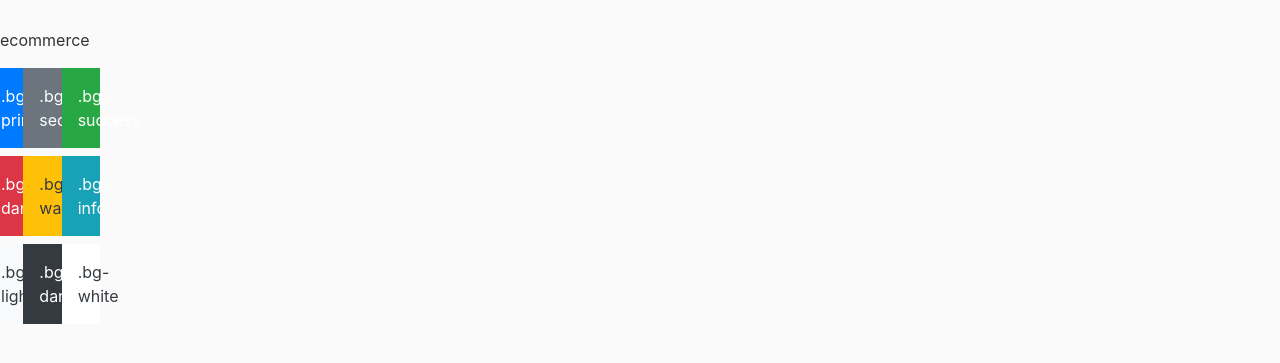
Repository: khanhdk0000/first_proj
Page: http://localhost/about?my_var=ecommerce
An editor plug-in stored every save of this project. The page is shown before and after the next save, followed by the edit.
The browser window is 1280 px wide. The pictures show the whole page.
Some web libraries are served in a nearby version. The page is served by the project's application, run on Flask 3 (flaskblog.py).

Above is the page before, as saved 2021-05-25 11:52:47.

### templates/about.html
{% extends "layout.html" %} {% block content %}
<div class="flex-center">
<div>
<p>{{ var}}</p>
<div class="row">
    <div class="col-2 p-3 mb-2 bg-primary text-white">.bg-primary</div>
    <div class="col-2 p-3 mb-2 bg-secondary text-white">.bg-secondary</div>
    <div class="col-2 p-3 mb-2 bg-success text-white">.bg-success</div>
</div>

<div class="row">
    <div class="col-2 p-3 mb-2 bg-danger text-white">.bg-danger</div>
    <div class="col-2 p-3 mb-2 bg-warning text-dark">.bg-warning</div>
    <div class="col-2 p-3 mb-2 bg-info text-white">.bg-info</div>
</div>

<div class="row">
    <div class="col-2 p-3 mb-2 bg-light text-dark">.bg-light</div>
    <div class="col-2 p-3 mb-2 bg-dark text-white">.bg-dark</div>
    <div class="col-2 p-3 mb-2 bg-white text-dark">.bg-white</div>
</div>
</div>
</div>

{% endblock content %}

### templates/layout.html
<!DOCTYPE html>
<html>
  <head>
    <!-- Required meta tags -->
    <meta charset="utf-8" />
    <meta
      name="viewport"
      content="width=device-width, initial-scale=1, shrink-to-fit=no"
    />

    <!-- Bootstrap CSS -->
    <link
      rel="stylesheet"
      href="https://maxcdn.bootstrapcdn.com/bootstrap/4.0.0/css/bootstrap.min.css"
      integrity="sha384-Gn5384xqQ1aoWXA+058RXPxPg6fy4IWvTNh0E263XmFcJlSAwiGgFAW/dAiS6JXm"
      crossorigin="anonymous"
    />

    <link
      rel="stylesheet"
      type="text/css"
      href="{{ url_for('static', filename='main.css') }}"
    />

    {% if title %}
    <title>Flask Blog - {{ title }}</title>
    {% else %}
    <title>Flask Blog</title>
    {% endif %}
  </head>
  <body>
    {% block content %}{% endblock %}

    <!-- Optional JavaScript -->
    <!-- jQuery first, then Popper.js, then Bootstrap JS -->
    <script
      src="https://code.jquery.com/jquery-3.2.1.slim.min.js"
      integrity="sha384-KJ3o2DKtIkvYIK3UENzmM7KCkRr/rE9/Qpg6aAZGJwFDMVNA/GpGFF93hXpG5KkN"
      crossorigin="anonymous"
    ></script>
    <script
      src="https://cdnjs.cloudflare.com/ajax/libs/popper.js/1.12.9/umd/popper.min.js"
      integrity="sha384-ApNbgh9B+Y1QKtv3Rn7W3mgPxhU9K/ScQsAP7hUibX39j7fakFPskvXusvfa0b4Q"
      crossorigin="anonymous"
    ></script>
    <script
      src="https://maxcdn.bootstrapcdn.com/bootstrap/4.0.0/js/bootstrap.min.js"
      integrity="sha384-JZR6Spejh4U02d8jOt6vLEHfe/JQGiRRSQQxSfFWpi1MquVdAyjUar5+76PVCmYl"
      crossorigin="anonymous"
    ></script>
    <!-- MDB -->
    <script
      type="text/javascript"
      src="https://cdnjs.cloudflare.com/ajax/libs/mdb-ui-kit/3.5.0/mdb.min.js"
    ></script>
  </body>
</html>

### flaskblog.py
from flask import Flask, render_template, url_for, request
app = Flask(__name__)


posts = [
    {
        'author': 'Corey Schafer',
        'title': 'Blog Post 1',
        'content': 'First post content',
        'date_posted': 'April 20, 2018'
    },
    {
        'author': 'Jane Doe',
        'title': 'Blog Post 2',
        'content': 'Second post content',
        'date_posted': 'April 21, 2018'
    }
]

@app.route('/')
@app.route('/home')
def hello_world():
    return render_template('home.html', posts=posts, title='Hey')

@app.route('/about')
def about():
    my_var = request.args.get('my_var', None)
    return render_template('about.html', posts=posts, var=my_var)

if __name__ == '__main__':
    app.run(debug=True)

### static/main.css
body {
    background: #fafafa;
    color: #333333;
    margin-top: 5rem;
    height: 100%;
  }

  h1, h2, h3, h4, h5, h6 {
    color: #444444;
  }

  .bg-steel {
    background-color: #5f788a;
  }

  .site-header .navbar-nav .nav-link {
    color: #cbd5db;
  }

  .site-header .navbar-nav .nav-link:hover {
    color: #ffffff;
  }

  .site-header .navbar-nav .nav-link.active {
    font-weight: 500;
  }

  .content-section {
    background: #ffffff;
    padding: 10px 20px;
    border: 1px solid #dddddd;
    border-radius: 3px;
    margin-bottom: 20px;
  }

  .article-title {
    color: #444444;
  }

  a.article-title:hover {
    color: #428bca;
    text-decoration: none;
  }

  .article-content {
    white-space: pre-line;
  }

  .article-img {
    height: 65px;
    width: 65px;
    margin-right: 16px;
  }

  .article-metadata {
    padding-bottom: 1px;
    margin-bottom: 4px;
    border-bottom: 1px solid #e3e3e3
  }

  .article-metadata a:hover {
    color: #333;
    text-decoration: none;
  }

  .article-svg {
    width: 25px;
    height: 25px;
    vertical-align: middle;
  }

  .account-img {
    height: 125px;
    width: 125px;
    margin-right: 20px;
    margin-bottom: 16px;
  }

  .account-heading {
    font-size: 2.5rem;
  }

  .vertical-center {
    min-height: 100%;  /* Fallback for browsers do NOT support vh unit */
    min-height: 100vh; /* These two lines are counted as one :-)       */

    justify-content:center;
    display: flex;
    align-items: center;
  }

  .flex-center {
    display: flex;
    justify-content: center;
    align-items: center;
    height: 200px;
    width: 200px;
  }

After the next save:
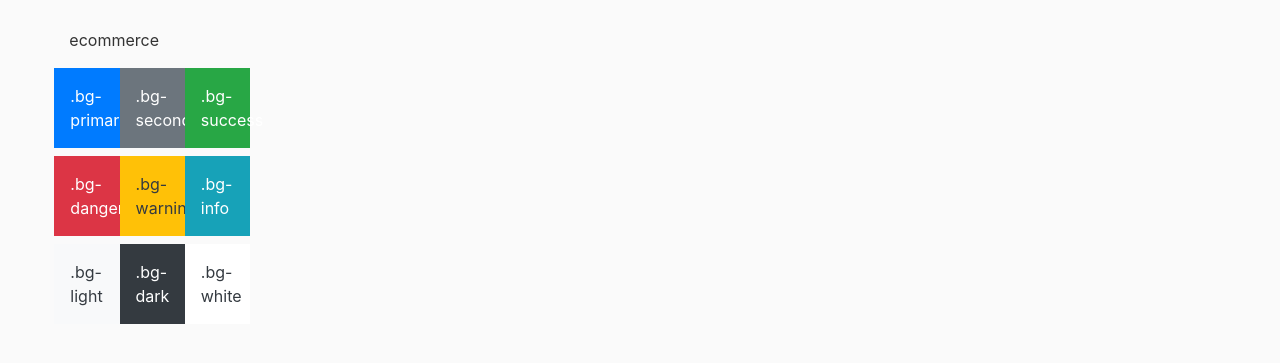
Saved 6 s later.
--- a/static/main.css
+++ b/static/main.css
@@ -94,5 +94,5 @@ body {
     justify-content: center;
     align-items: center;
     height: 200px;
-    width: 200px;
+    width: 500px;
   }
